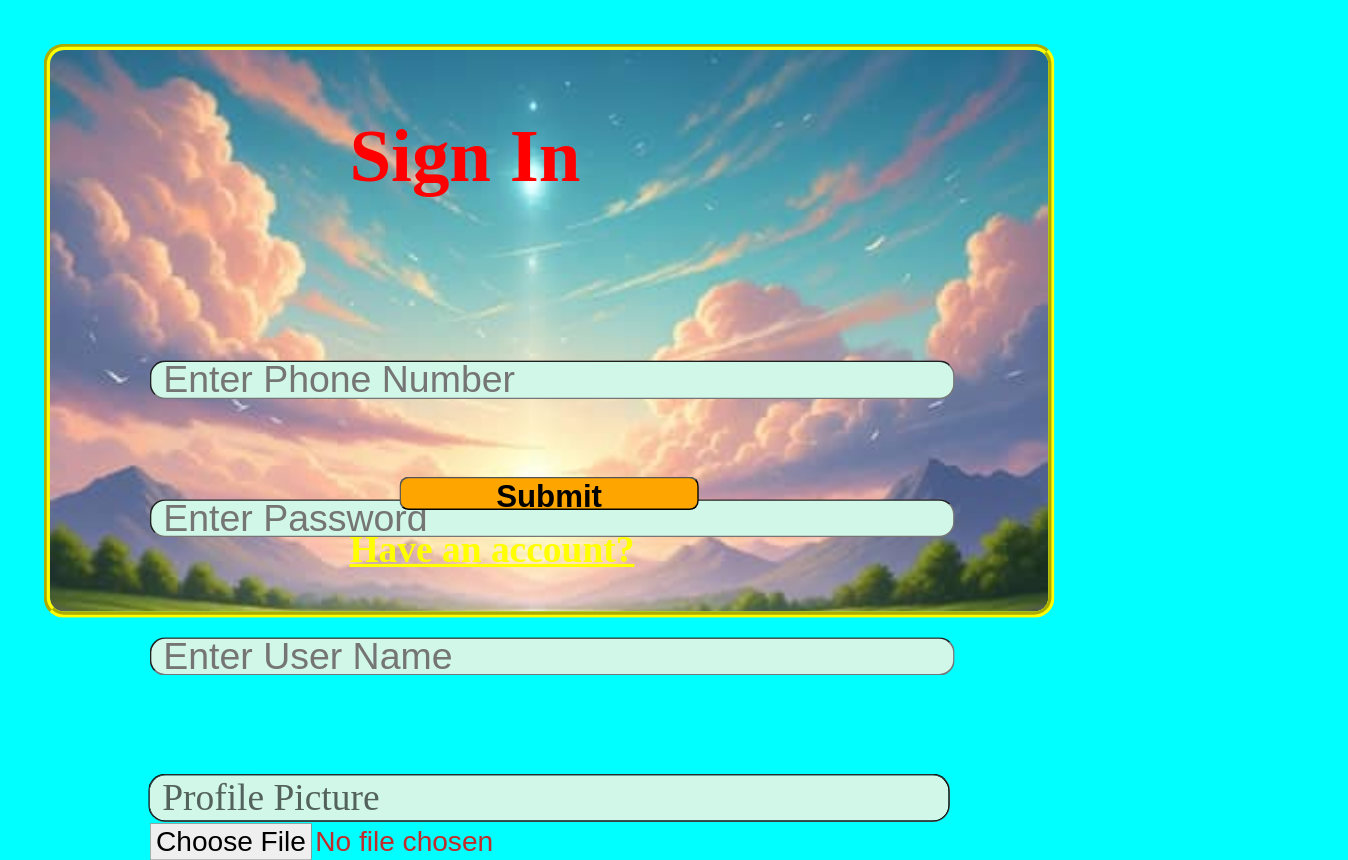
Repository: Amani-Kibet/express-app-web
Page: pages/signup/signIn.html
These files come from the project's save history. The page is drawn as it stood at one moment and after the next save; the edit follows.
The browser window is 1280 px wide. The page is 1728 px wide, so the pictures cover 1728 px, including what lies to the right of the window. The pictures show the whole page, at 78% of full size.

Above is the page before, as saved 2025-09-28 15:59:04.

### pages/signup/signIn.html
<!DOCTYPE html>
<head>
  <title> Login Page</title>
  <style>
  #board{
    background: url(/pictures/p1.png);
    background-size: cover;
    width: 100vw;
    height: 100vh;
    border-radius: 18px;
    outline: 8px groove yellow;
    position: absolute;
    top: 4rem;
    left: 4rem;
  }
  h2{
    color: red;
    position: relative;
    left: 30%;
    font-size: 6rem
  }
  .inputs{
    width: 80%;
    height: 6%;
    position: relative;
    left: 10%;
    margin-top: 10%;
    border-radius: 20px;
    color: blue;
    font-size: 3em;
    background-color: rgb(209, 247, 233);
  }
  #picC{
    display: flex;
    flex-direction: column;
    gap: 10%;
    height: 8%;
    outline: 2px groove black;
    color: rgb(194, 43, 43);
  }
  #picI{
    font-size: 0.75em;
  }
  #picT{
    font-size: 1em;
    opacity: 0.6;
    font-style: normal;
    position: relative;
    left: 1rem;
    color: black;
  }
  #submit{
    background: orange;
    position: absolute;
    width: 30%;
    height: 6%;
    top: 76%;
    left: 35%;
    border-radius: 12px;
    font-size: 2.5em;
    font-weight: bold;
  }
  #msg{
    background: lightblue;
    width: 70%;
    height: 50%;
    border-radius: 10px;
    position: absolute;
    bottom: 30%;
    left: 15%;
    outline: 4px groove yellow;
    display: none;
  }
  .prog{
    border-radius: 100%;
    position: absolute;
    top: 4%;
    left: 4%;
    outline: 20px groove yellow;
    font-size: 8em;
  }
  #prog2{
      transform: rotateY(90deg)
  }
  #progC{
    transform-style: preserve-3d;
    animation: spin 4s ease-in-out infinite;
  }
  #msgT{
    position: relative;
    top: 36%;
    left: 10%;
    color: blue;
    font-weight: bold;
    font-size: 4em;
    width: 80%;
    height: 20%;
  }
  #loginT{
    position: relative;
    top: 20%;
    left: 12%;
    color: rgb(255, 60, 0);
    font-weight: 500;
    font-size: 5em;
    width: 80%;
    height: 25%;
  }
  .links{
    position: absolute;
    font-weight: 800;
    font-size: 3em;
    color: yellow;
    top: 85%;
    left: 30%
  }
  @keyframes spin{
    0%{transform: rotateY(0deg) rotateX(0deg) translateX(0px)}
    50%{transform: rotateY(360deg) rotateX(60deg) translateX(50px)}
    100%{transform: rotateY(0deg) rotateX(0deg) translateX(0px)}
  }
  </style>
</head>
<body bgColor="cyan">
  <div id="board">
    <h2>Sign In</h2>
    <input type="number" class="inputs" id="phoneI" placeholder=" Enter Phone Number">
    <input type="password" class="inputs" id="passI" placeholder=" Enter Password">
    <input type="text" class="inputs" id="nameI" placeholder=" Enter User Name">
    <div id="picC" class="inputs">
      <i id="picT">Profile Picture</i>
    <input id="picI" type="file" name="image">
    </div>
  <button id="submit" onclick="f1()">Submit</button>
  <a class="links" id="link1" href="/pages/signup/logIn.html">Have an account?</a>
    <div id="msg">
      <div id="progC">
        <div id="prog1" class="prog">🔴</div>
      <div id="prog2" class="prog">🟢</div>
      </div>
      <p id="loginT">Please wait...</p>
      <h3 id="msgT">No text returned</h3>
    </div>
  </div>
</body>
<script>
  let bt1= document.getElementById("submit")
  let msgT= document.getElementById("msgT")
  let msg= document.getElementById("msg")

function f1(){
  let phoneI= document.getElementById("phoneI").value;
  let passI= document.getElementById("passI").value;
  let nameI= document.getElementById("nameI").value;
  let picI= document.getElementById("picI").files[0];

  let folder= new FormData()
  folder.append("image", picI)
  folder.append("json", JSON.stringify({phone: `${phoneI}`, pass: `${passI}`, name: `${nameI}`}))


  fetch("/path1", {
    method: "POST",
    body: folder
  })
  .then(type=> type.text())
  .then(data=> {
  msg.style.display="block";
  msgT.innerHTML=`${phoneI} ${data}`
  setTimeout(()=>{
  msg.style.display="none";
  window.location.href="/pages/signup/login.html"
}, 8000);
})

  fetch("/path2", {
    method: "POST",
    body: env
  });

}
</script>
</html>

After the next save:
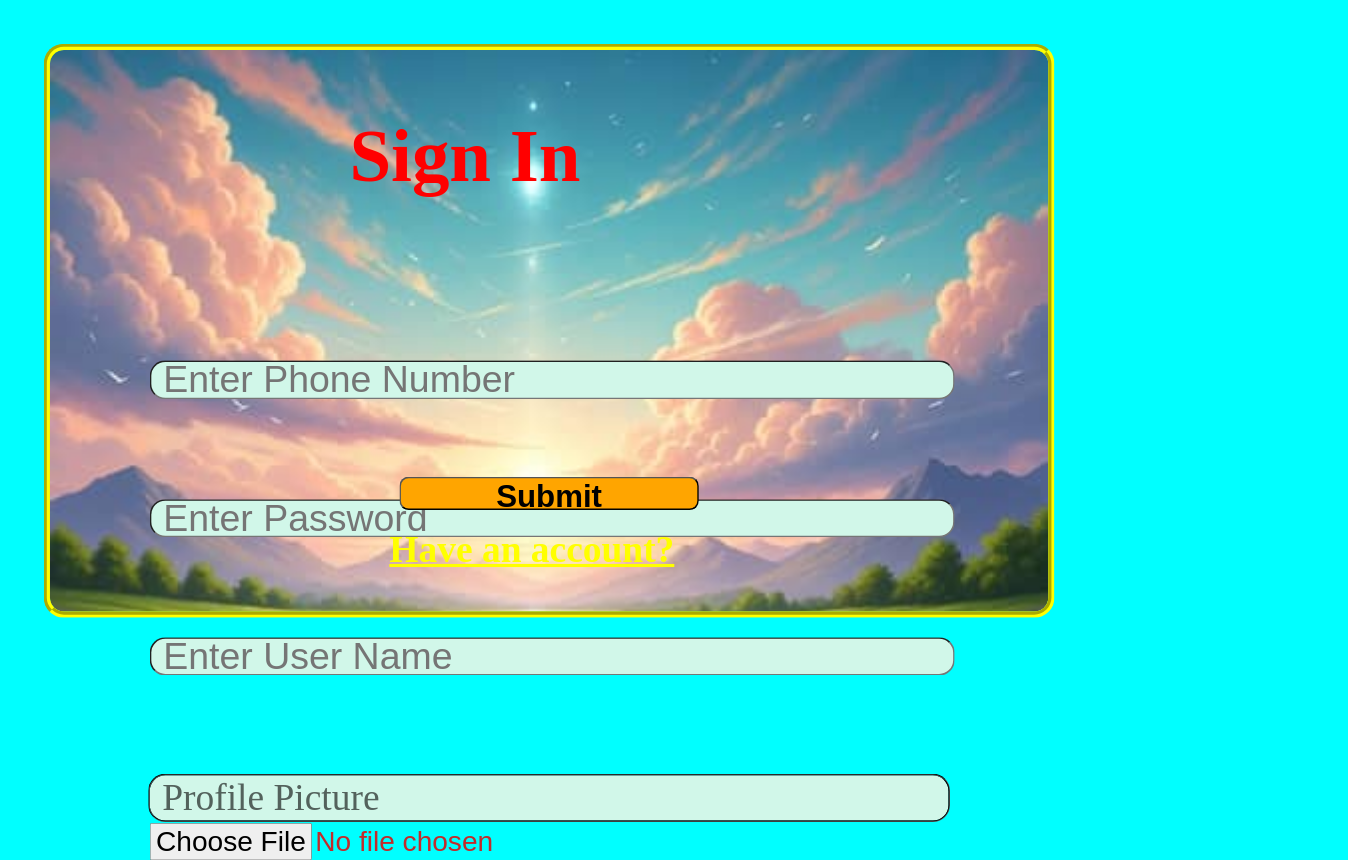
Saved 3 min 17 s later.
--- a/pages/signup/signIn.html
+++ b/pages/signup/signIn.html
@@ -112,7 +112,7 @@
     font-size: 3em;
     color: yellow;
     top: 85%;
-    left: 30%
+    left: 34%
   }
   @keyframes spin{
     0%{transform: rotateY(0deg) rotateX(0deg) translateX(0px)}
